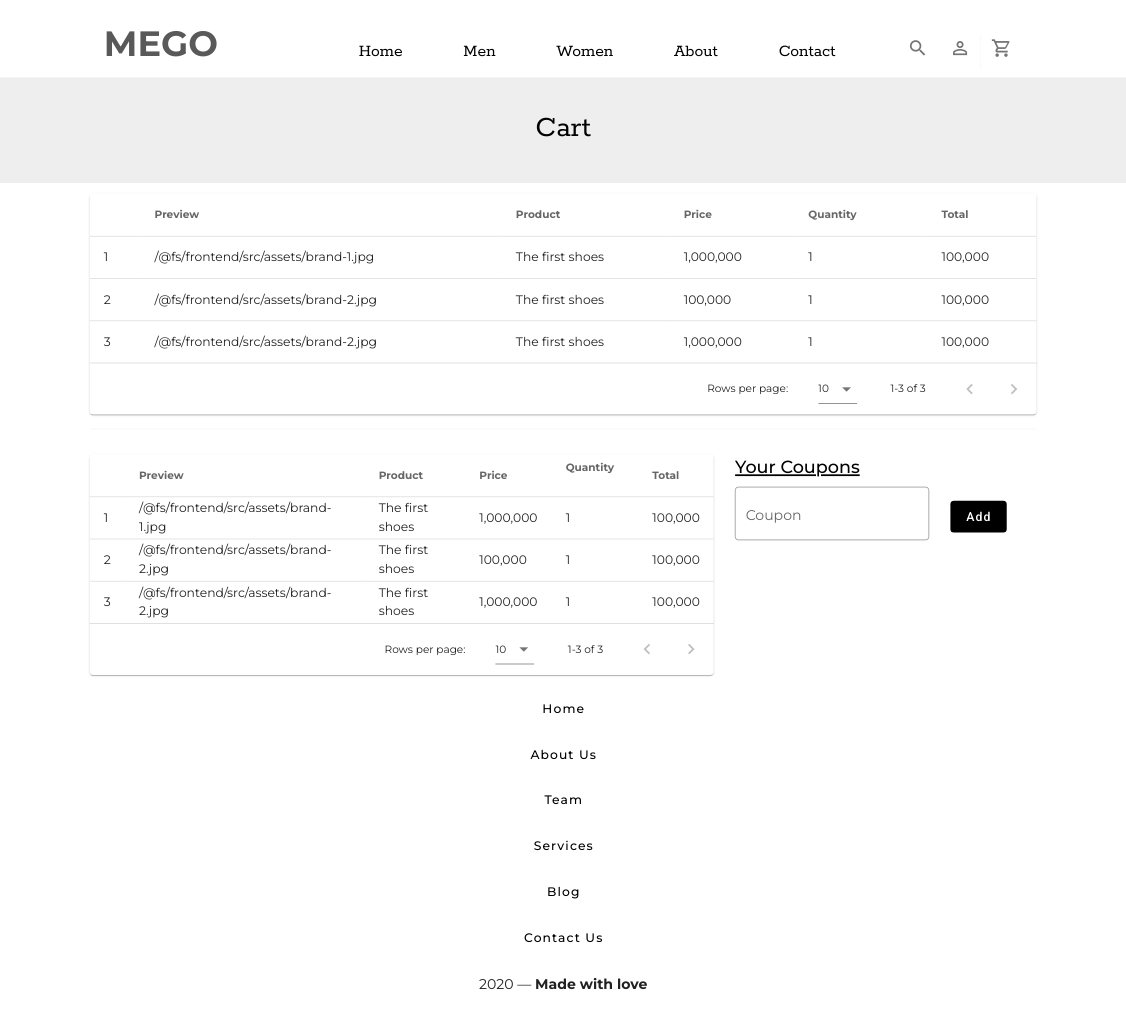
Repository: nguyenphuong152/shoesstore
Page: /cart (app in frontend/)
An editor plug-in stored every save of this project. The page is shown before and after the next save, followed by the edit.
The browser window is 1280 px wide. The pictures show the whole page, at 88% of full size.
The project was rebuilt for these pictures with package versions that can differ from the ones it lists, and the page was loaded fresh each time. Also part of the build but not shown: frontend/vue.config.js, frontend/src/components/Customer/Collection.vue, frontend/src/components/Customer/Banner.vue, frontend/src/components/Customer/BestSeller.vue, frontend/src/components/Customer/Partner.vue, frontend/src/views/Customer/Home.vue, frontend/src/components/Customer/ProductCategory.vue, frontend/src/components/Customer/ProductView.vue and 10 more. Imported but missing from the stored project, and not drawn on this page: frontend/src/views/Admin/Category.vue, frontend/src/views/Admin/ManageProduct.vue, frontend/src/views/Admin/ManageUser.vue, frontend/src/views/Admin/OrderList.vue.

Above is the page before, as saved 2020-11-28 10:39:22.

### frontend/public/index.html
<!DOCTYPE html>
<html lang="en">
  <head>
    <meta charset="utf-8">
    <head>
      <title>MEGO</title>
    </head>
    <meta http-equiv="X-UA-Compatible" content="IE=edge">
    <meta name="viewport" content="width=device-width,initial-scale=1.0">
    <link rel="icon" href="<%= BASE_URL %>favicon.ico">
    <title><%= htmlWebpackPlugin.options.title %></title>
    <link href="https://fonts.googleapis.com/css?family=Montserrat:300,400,500,600,700" rel="stylesheet">
    <link href="https://fonts.googleapis.com/css?family=Rokkitt:100,300,400,700" rel="stylesheet">
    <link rel="stylesheet" href="https://fonts.googleapis.com/css?family=Roboto:100,300,400,500,700,900">
    <link rel="stylesheet" href="https://cdn.jsdelivr.net/npm/@mdi/font@latest/css/materialdesignicons.min.css">
  </head>
  <body>
    <noscript>
      <strong>We're sorry but <%= htmlWebpackPlugin.options.title %> doesn't work properly without JavaScript enabled. Please enable it to continue.</strong>
    </noscript>
    <div id="app"></div>
    <!-- built files will be auto injected -->
  </body>
</html>

### frontend/src/main.js
import Vue from 'vue'
import App from './App.vue'
import vuetify from './plugins/vuetify';
import router from './router'
import '../sass/style.scss'
import 'bootstrap/dist/css/bootstrap.css'
import 'bootstrap-vue/dist/bootstrap-vue.css'
import { BootstrapVue, IconsPlugin } from 'bootstrap-vue'

Vue.use(BootstrapVue)
// Optionally install the BootstrapVue icon components plugin
Vue.use(IconsPlugin)
Vue.config.productionTip = false

new Vue({
  vuetify,
  router,
  render: h => h(App)
}).$mount('#app')

### frontend/src/App.vue
<template>
  <v-app app>
    <v-container v-if="!['Admin', 'Banner', 'Category','Product','ManageUser','OrderList','Dashboard'].includes($route.name)">
      <Toolbar />
    </v-container>
    <v-main>
      <router-view></router-view>
    </v-main>
      <Footer v-if="!['Admin', 'Banner', 'Category','Product','ManageUser','OrderList','Dashboard'].includes($route.name)"/>
  </v-app>

</template>

<script>

import Footer from "./components/Customer/Footer";
import Toolbar from "./components/Customer/Toolbar";

export default {
  name: "App",

  components: {
    Toolbar,
    Footer
  },

  data: () => ({
    //
  }),
};
</script>

### frontend/src/plugins/vuetify.js
import Vue from 'vue';
import Vuetify from 'vuetify/lib';


Vue.use(Vuetify);

const vuetify = new Vuetify({
    theme: {
      themes: {
        light: {
          primary: '#000',
          secondary: '#b0bec5',
          accent: '#8c9eff',
          error: '#b71c1c',
        },
      },
    },
  })

export default new Vuetify({
    vuetify,
});

### frontend/src/router/index.js
import Vue from "vue";
import VueRouter from "vue-router";
import Home from "../views/Customer/Home.vue";
import Men from "../views/Customer/Men.vue";
import Women from "../views/Customer/Women.vue";
import Admin from "../views/Admin/Admin.vue";
import Product from "../views/Admin/ManageProduct.vue";
import Banner from "../views/Admin/Banner.vue";
import Category from "../views/Admin/Category.vue";
import ManageUser from "../views/Admin/ManageUser.vue";
import OrderList from "../views/Admin/OrderList.vue";
import Dashboard from "../views/Admin/Dashboard.vue"
//import ProductDetail from "../views/ProductDetail.vue"

Vue.use(VueRouter);

const routes = [
  {
    path: "/",
    name: "Home",
    component: Home,
  },
  {
    path: "/men",
    name: "Men",
    component: Men,
  },
  {
    path: "/women",
    name: "Women",
    component: Women,
  },
  {
    path: "/about",
    name: "About",
    // route level code-splitting
    // this generates a separate chunk (about.[hash].js) for this route
    // which is lazy-loaded when the route is visited.
    component: () =>
      import(/* webpackChunkName: "about" */ "../views/Customer/About.vue"),
  },
  {
    path: "/contact",
    name: "Contact",
    component: () =>
      import(/* webpackChunkName: "about" */ "../views/Customer/Contact.vue"),
  },
  {
    path: "/cart",
    name: "Cart",
    component: () =>
      import(/* webpackChunkName: "about" */ "../views/Customer/Cart.vue"),
  },
  {
    path: "/account",
    name: "Account",
    component: () =>
      import(/* webpackChunkName: "about" */ "../views/Customer/Account.vue"),
  },
  {
    path: "/userlogin",
    name: "UserLogin",
    component: () =>
      import(/* webpackChunkName: "about" */ "../views/Customer/UserLogin.vue"),
  },
  {
    path: "/checkout",
    name: "Checkout",
    component: () =>
      import(/* webpackChunkName: "about" */ "../views/Customer/Checkout.vue"),
  },
  {
    path: "/product/:id",
    name: "ProductDetail",
    component: () =>
      import(/* webpackChunkName: "about" */ "../views/Customer/ProductDetail.vue"),
  },
  {
    path: "/admin",
    name: "Admin",
    component: Admin,
    children: [
      {
        path: "/banner",
        name: "Banner",
        component: Banner,
      },
      {
        path: "/category",
        name: "Category",
        component: Category,
      },
      {
        path: "/product",
        name: "Product",
        component: Product,
      },
      {
        path: "/manageuser",
        name: "ManageUser",
        component: ManageUser,
      },
      {
        path: "/orderlist",
        name: "OrderList",
        component: OrderList,
      },
      {
        path: "/dashboard",
        name: "Dashboard",
        component: Dashboard,
      },
    ],
  },
];

const router = new VueRouter({
  mode: "history",
  base: process.env.BASE_URL,
  routes,
});

export default router;

### frontend/sass/style.scss

$font-primary: 'Montserrat',
Arial,
sans-serif;
$font-secondary: 'Rokkitt',
Georgia,
serif;


@import '~vuetify/src/styles/styles.sass';

// Overrides
$grid-gutter-width: 20px !default;
$border-radius-base: 4px !default;
$padding-base-vertical: 14px !default;

$brand-primary: #616161 !default;
$brand-secondary: #88c8bc !default;
$brand-yellow: #FFDD00 !default;
$brand-footer-color: #2C2E3E;

$brand-white: #fff;
$brand-black: #000;
$brand-darker: #444;
$brand-gray: #ccc;
$brand-lighter: #e9e9e9;
$brand-body-color: #e8e8e8;
$brand-selection-color: #f9f6f0;
$brand-overlay-color: #4c4a8a;
$brand-bg-color: $brand-white;

.v-btn {
  text-transform:none !important;
}
// .v-text-field{
//   width: 50px;
//   height: 10px;
// }

#app {
  -webkit-font-smoothing: antialiased;
  -moz-osx-font-smoothing: grayscale;

  text-align: center;
  .container {
    max-width: 1100px;
  }
  font: 300
}

.nav {
  padding-left: 0px;
  a {
    font-size: 20px;
    color: lighten($brand-black,35%);
    font-family: $font-secondary;
    text-decoration: none;
    font-weight: 500;
    &.router-link-exact-active {
      color: #42b983;
    }

  }
}

#logo {
  font-size: 40px;
  font-weight: 700;
  font-family: $font-primary;
  color: lighten($brand-black, 35%);
}


.slogan {
  font-size: 50px;
  color: #2c3e50;
  font-family: $font-secondary;
  text-decoration: none;
}

.title-collection{
  @extend .slogan;
  font-size: 25px;
}


.slogan-3 {
  @extend .slogan;
  font-size: 35px;
}

.title-shoes {
  @extend .slogan;
  font-size: 20px;
}


.footer-text {
  font-family:$font-primary;
  font-size: 16px;
}

.admin {
  font-family: $font-primary;
  font-size:16px;
}

.admin-nav {
  font-family: $font-primary !important;
  font-size: 20px !important;
  color: white !important;
}

### frontend/src/components/Customer/Footer.vue
<template>
  <v-footer class="white" padless>
    <v-row justify="center" no-gutters>
      <v-btn
        v-for="link in links"
        :key="link"
        color="black"
        text
        rounded
        class="my-2 footer-text"
      >
        {{ link }}
      </v-btn>
      <v-col class="white py-4 text-center fluid footer-text" cols="12">
        {{ new Date().getFullYear() }} — <strong>Made with love</strong>
      </v-col>
    </v-row>
  </v-footer>
</template>

<script>
export default {
  data: () => ({
    links: ["Home", "About Us", "Team", "Services", "Blog", "Contact Us"],
  }),
};
</script>

<style></style>

### frontend/src/components/Customer/Toolbar.vue
<template>
  <v-toolbar flat>
    <v-row class="d-flex align-baseline">
      <v-col cols="3" class="d-flex justify-lg-start">
        <v-toolbar-title id="logo">MEGO</v-toolbar-title>
      </v-col>
      <v-col class="d-flex justify-space-around text-start nav">
        <router-link to="/">Home</router-link>
        <router-link to="/men">Men</router-link>
        <router-link to="/women">Women</router-link>
        <router-link to="/about">About</router-link>
        <router-link to="/contact">Contact</router-link>
      </v-col>
      <v-col cols="2" class="d-flex justify-end">
        <v-btn icon>
          <v-icon>mdi-magnify</v-icon>
        </v-btn>
        <v-menu
          open-on-hover
          top
          offset-y
          :position-x="960"
          :position-y="230"
          absolute
        >
          <template v-slot:activator="{ on, attrs }">
            <v-btn icon v-bind="attrs" v-on="on">
              <v-icon>mdi-account-outline</v-icon>
            </v-btn>
          </template>

          <v-list class="text-start nav">
            <v-list-item v-for="(item, index) in routes" :key="index" :to="item.path">
              <v-list-item-title>{{ item.name }}</v-list-item-title>
            </v-list-item>
          </v-list>
        </v-menu>
        <v-divider vertical inset></v-divider>
        <v-btn icon @click="goToCart">
          <v-icon>mdi-cart-outline</v-icon>
        </v-btn>
      </v-col>
    </v-row>
  </v-toolbar>
</template>

<script>
export default {
  data: () => ({
    routes: [
      {
        path:"/checkout",
        name:"Check Out"
       },
       {
        path:"/account",
        name:"My Account"
       },
       {
        path:"/userlogin",
        name:"User Login"
       },

    ],
  }),
  methods: {
     goToCart: function() {
     this.$router.push({name: 'Cart'})
     }
  }
};
</script>

<style></style>

### frontend/src/views/Customer/Cart.vue
<template>
  <div class="cart app">
    <v-sheet color="grey lighten-3" height="120">
      <v-container py-8>
        <a class="slogan-3">Cart</a>
      </v-container>
    </v-sheet>
    <div>
      <v-container>
        <totalProducts />
        <v-divider></v-divider>
        <v-row>
          <v-col>
            <cartTotals />
          </v-col>
          <v-col cols="4">
            <addCoupons />
          </v-col>
        </v-row>
      </v-container>
    </div>
  </div>
</template>

<script>
import totalProducts from "../../components/Customer/TotalProducts";
import addCoupons from "../../components/Customer/AddCoupon";
import cartTotals from "../../components/Customer/TotalProducts";

export default {
  components: { totalProducts, addCoupons, cartTotals },
  data() {},
};
</script>

### frontend/src/components/Customer/TotalProducts.vue
<template>

      <v-data-table :headers="headers" :items="products" class="elevation-1 admin">
        <template v-slot:item.preview>
          <v-img
            lazy-src="item.path"
            max-height="100"
            max-width="100"
            src="'item.path'"
          ></v-img>
        </template>
      </v-data-table>


</template>

<script>
export default {
  data() {
    return {
      headers: [
        {
          text: "",
          align: "start",
          sortable: false,
          value: "id",
        },
        { text: "Preview", value: "path" },
        { text: "Product", value: "name" },
        { text: "Price", value: "price" },
        { text: "Quantity", value: "quantity" },
        { text: "Total", value: "total" },
      ],
      products: [
        {
          id: 1,
          path: require('../../assets/brand-1.jpg'),
          name: "The first shoes",
          price: Intl.NumberFormat('en-EN', { maximumSignificantDigits: 3 }).format(1000000),
          quantity: 1,
          total: Intl.NumberFormat('en-EN', { maximumSignificantDigits: 3 }).format(100000),
        },
        {
          id: 2,
          path: require('../../assets/brand-2.jpg'),
          name: "The first shoes",
          price:Intl.NumberFormat('en-EN', { maximumSignificantDigits: 3 }).format(100000),
          quantity: 1,
          total: Intl.NumberFormat('en-EN', { maximumSignificantDigits: 3 }).format(100000)
        },
        {
         id: 3,
          path: require('../../assets/brand-2.jpg'),
          name: "The first shoes",
          price: Intl.NumberFormat('en-EN', { maximumSignificantDigits: 3 }).format(1000000),
          quantity: 1,
          total:Intl.NumberFormat('en-EN', { maximumSignificantDigits: 3 }).format(100000),
        },
      ],
    };
  },
};
</script>

<style></style>

### frontend/src/components/Customer/AddCoupon.vue
<template>
  <div class="app text-start">
      <a class="admin-nav font-weight-medium black--text">Your Coupons</a>
      <v-row class="d-flex align-baseline">
           <v-col
          cols="8"
        >
          <v-text-field
          class="admin"
            label="Coupon"
            outlined
          ></v-text-field>
        </v-col>
         <v-col
        >
           <v-btn
      depressed
      color="primary"
    >
      Add
    </v-btn>
        </v-col>
      </v-row>
  </div>
</template>

<script>
export default {

}
</script>

<style>

</style>

### frontend/src/components/Customer/CartTotal.vue
<template>
  <v-container class="admin">
    <a>Cart Totals</a>
    <v-row>
      <v-col>
        <a> Subtotal</a>
      </v-col>
      <v-col>
        <a
          >Intl.NumberFormat('en-EN', { maximumSignificantDigits: 3
          }).format(1000000)</a
        >
      </v-col>
    </v-row>
    <v-row>
      <v-col>
        <a> Shipping</a>
      </v-col>
      <v-col>
        <v-container fluid>
          <p>{{ radios || "null" }}</p>
          <v-radio-group v-model="radios" mandatory>
            <v-radio label="Radio 1" value="radio-1"></v-radio>
            <v-radio label="Radio 2" value="radio-2"></v-radio>
          </v-radio-group>
        </v-container>
      </v-col>
    </v-row>
  </v-container>
</template>

<script>
export default {
  data() {
    return {
      radios: null,
    };
  },
};
</script>

<style></style>

After the next save:
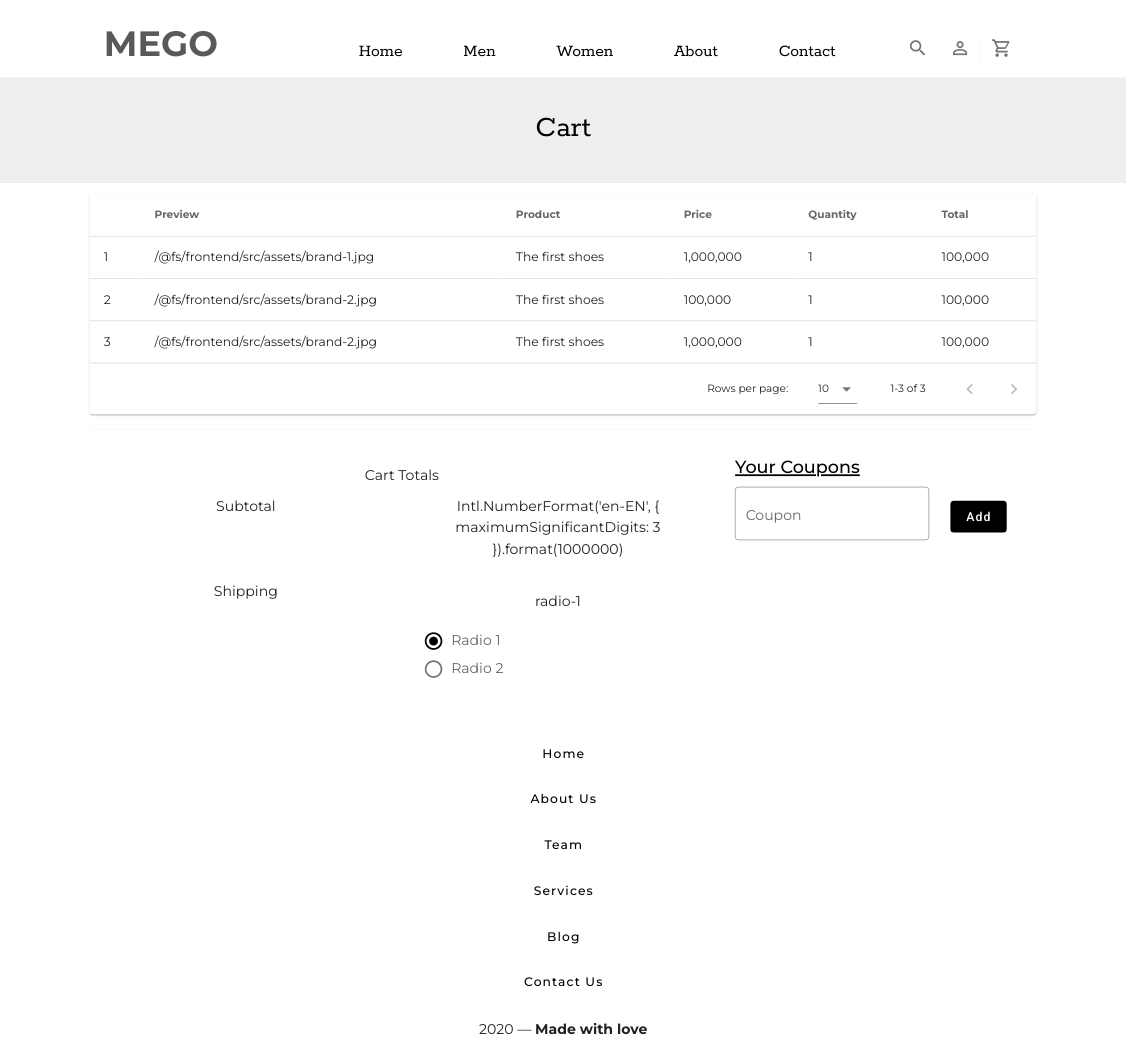
Saved 16 s later.
--- a/frontend/src/views/Customer/Cart.vue
+++ b/frontend/src/views/Customer/Cart.vue
@@ -25,7 +25,7 @@
 <script>
 import totalProducts from "../../components/Customer/TotalProducts";
 import addCoupons from "../../components/Customer/AddCoupon";
-import cartTotals from "../../components/Customer/TotalProducts";
+import cartTotals from "../../components/Customer/CartTotal";
 
 export default {
   components: { totalProducts, addCoupons, cartTotals },
